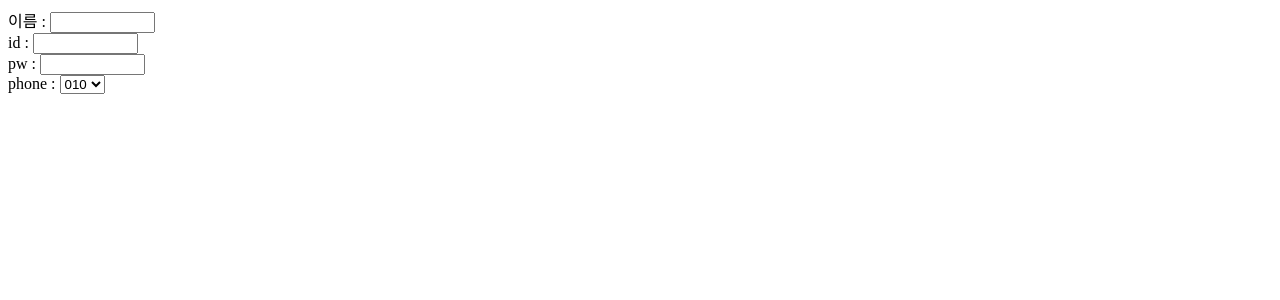
Repository: kimhun456/JSPLearn
Page: Join/WebContent/join.html
The author's editor kept a copy of each file at every save. The page is drawn from the files as they stood at one save, then again after a run of saves.
The browser window is 1280 px wide. The pictures show the whole page.

Above is the page before, as saved 2015-07-04 05:22:19.

### Join/WebContent/join.html
<!DOCTYPE html>
<html>
<head>
<meta charset="UTF-8">
<title>Insert title here</title>
</head>
<body>
	<form action="JoinOK" method="post" >
		이름 : <input type ="text" name = "name" size="10"><br>
		id : <input type ="text" name = "id" size="10"><br>
		pw : <input type ="text" name = "pw" size="10"><br>
		phone : <select name = "phone1">
			<option value = "010">010</option>
			<option value = "011">011</option>
			<option value = "012">012</option>
			<option value = "013">013</option>
			<option value = "014">014</option>
		</select>

	</form>
</body>
</html>

After the next 2 saves:
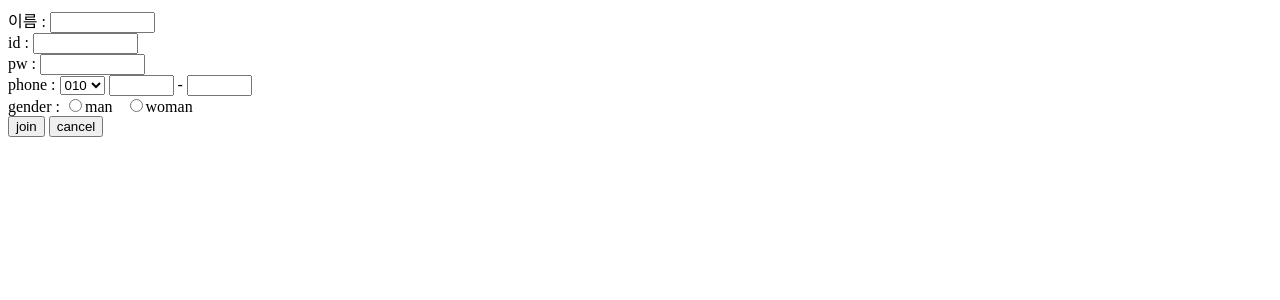
The 2 saves are shown as one change because they came seconds apart.
The last was saved 3 min 20 s later.
--- a/Join/WebContent/join.html
+++ b/Join/WebContent/join.html
@@ -17,6 +17,11 @@
 			<option value = "014">014</option>
 		</select>
 
+		<input type="text" name = "phone2" size="5"> - <input type="text" name = "phone3" size="5"> <br>
+
+		gender : <input type="radio" name="gender" value="man">man &nbsp; <input type ="radio" name="gender" value="woman">woman<br/>
+
+		<input type="submit" value ="join"> <input type="reset" value="cancel">
 	</form>
 </body>
 </html>
